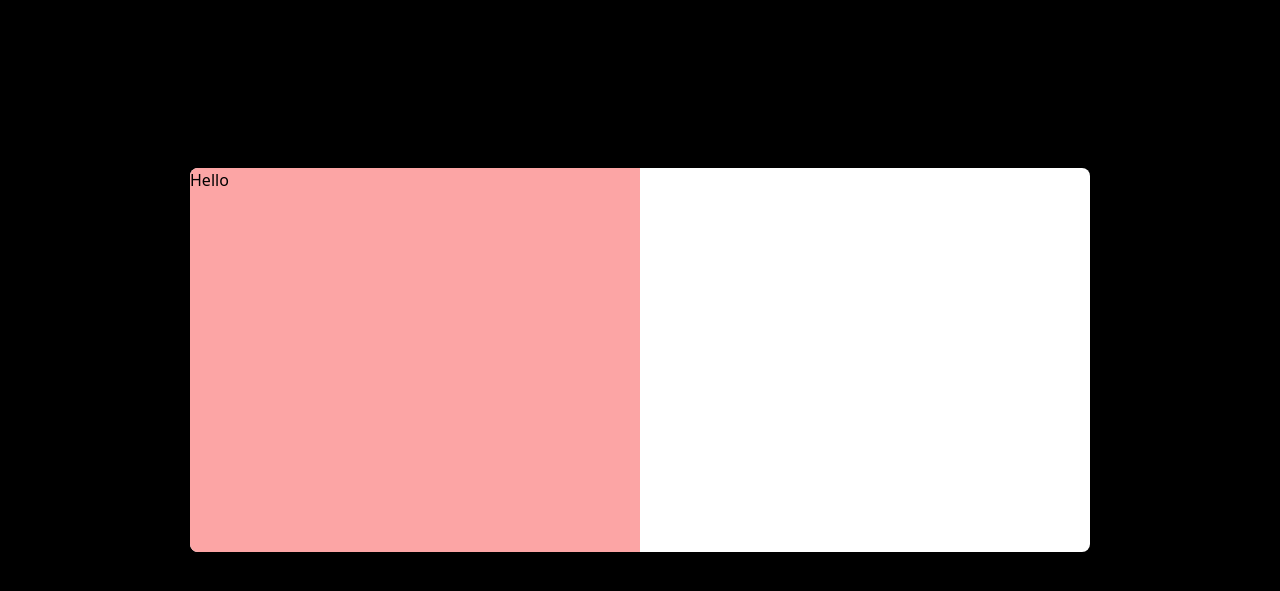
Repository: BerlinWebDev/FrontendMaster_PreviewMentor
Page: /
The author's editor kept a copy of each file at every save. The page is drawn from the files as they stood at one save, then again after the next save.
The browser window is 1280 px wide. The pictures show the whole page.
The project was rebuilt for these pictures with package versions that can differ from the ones it lists, and the page was loaded fresh each time.

Above is the page before, as saved 2023-11-11 01:16:26.

After the next save:
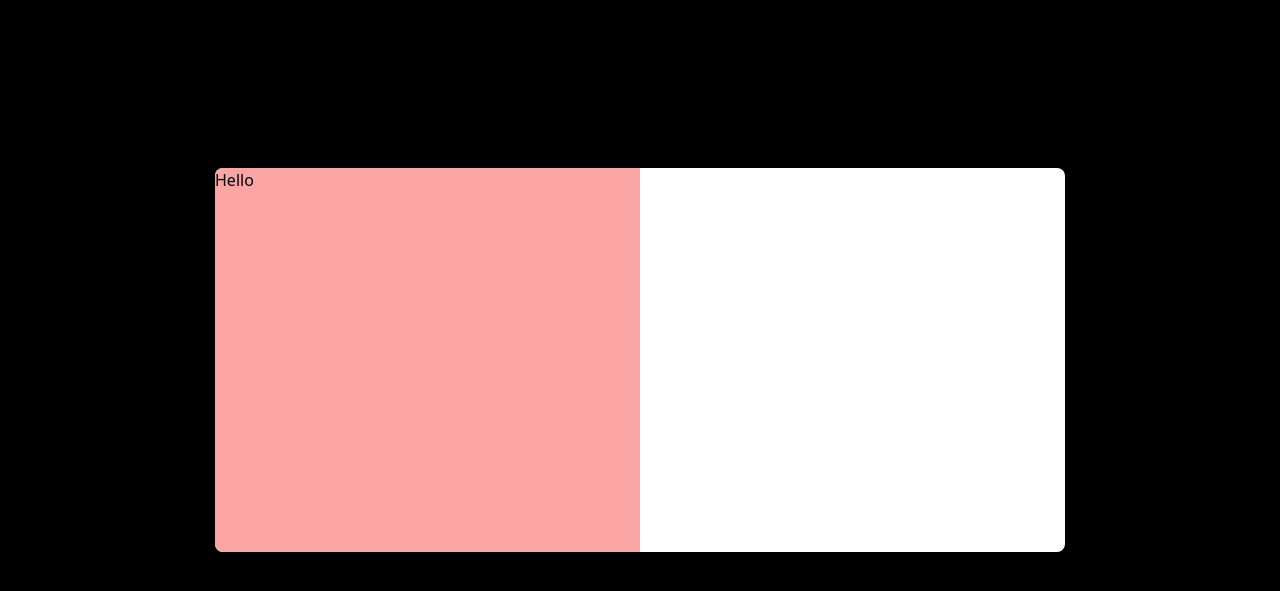
Saved 17 s later.
--- a/src/App.js
+++ b/src/App.js
@@ -7,7 +7,7 @@ function App() {
         <link rel="icon" href="/favicon.ico" />
       </header>
       <main className="flex min-h-screen flex-col items-center justify-center bg-black">
-        <div className="flex h-96 w-[900px] rounded-lg bg-white">
+        <div className="flex h-96 w-[850px] rounded-lg bg-white">
           <aside className="w-1/2 bg-red-300 rounded-l-lg">Hello</aside>
         </div>
       </main>
